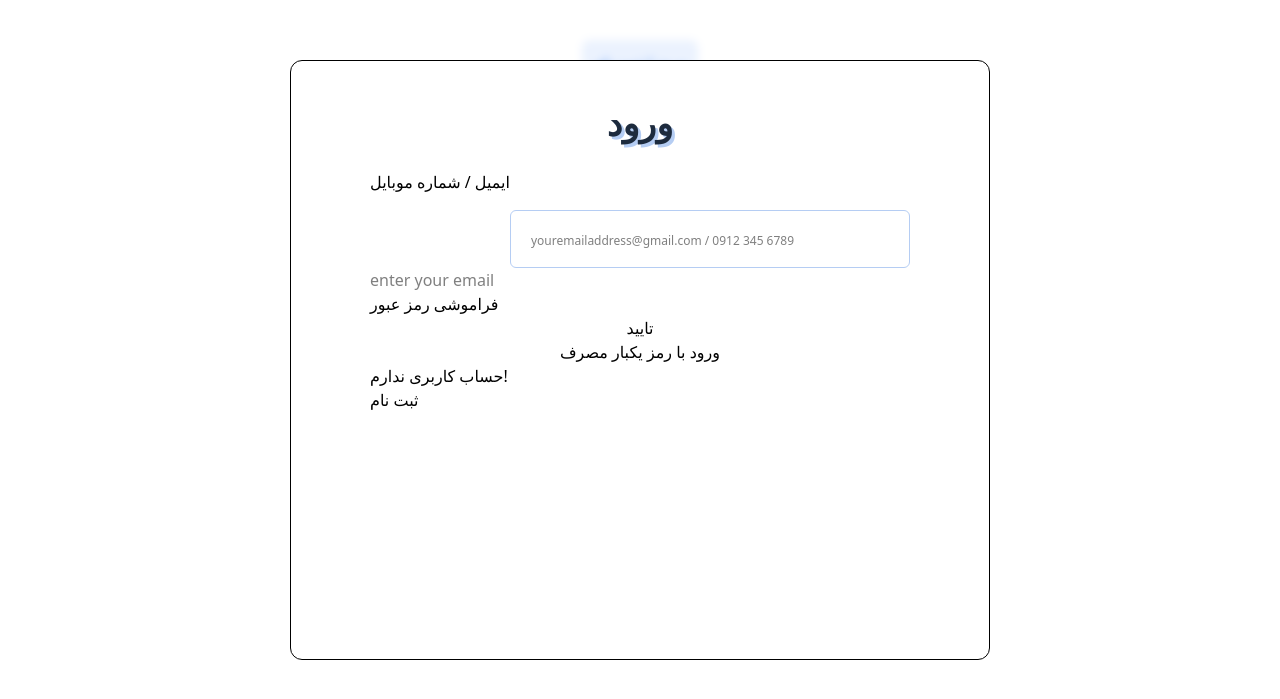
Repository: mohsenSarvariHero/AngularBase
Page: / (app in popup/), after clicking the first element matching `button.rounded-\[8px\]`
These files come from the project's save history. The page is drawn as it stood at one moment and after the next save; the edit follows.
The browser window is 1280 px wide. The pictures show the whole page.
The project was rebuilt for these pictures with package versions that can differ from the ones it lists, and the page was loaded fresh each time.

Above is the page before, as saved 2025-03-23 13:14:19.

After the next save:
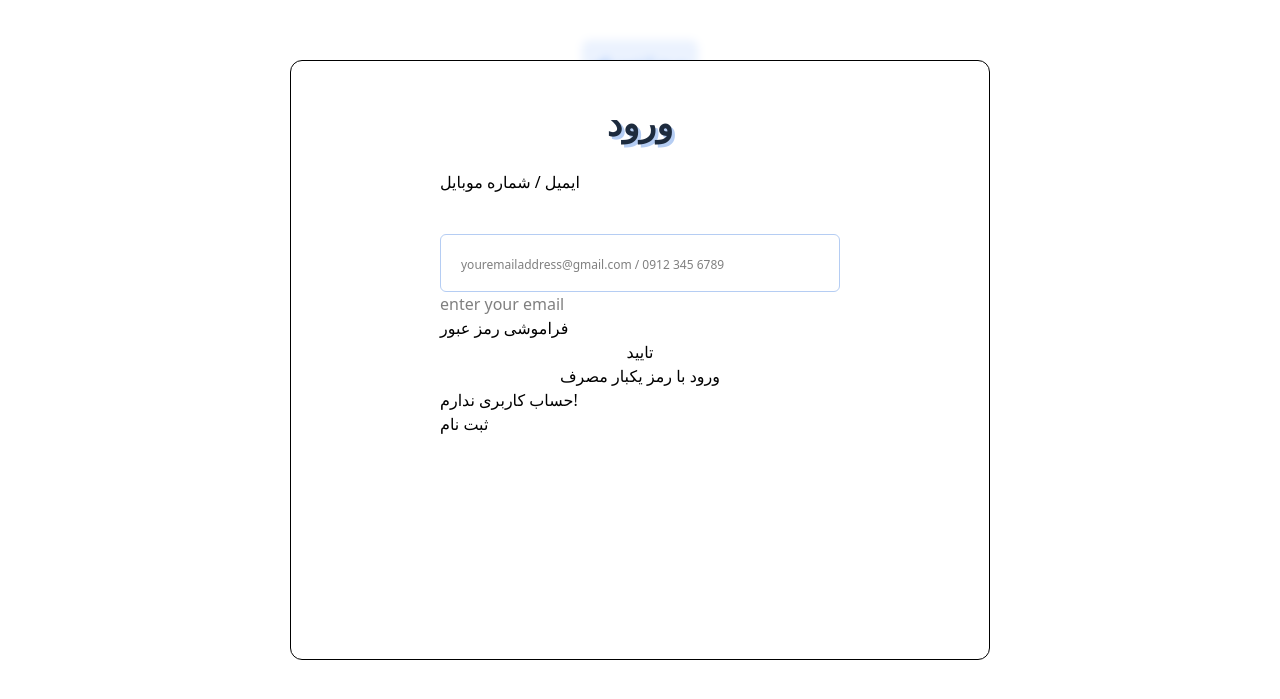
Saved 4 s later.
--- a/popup/src/popUp/PopUp.jsx
+++ b/popup/src/popUp/PopUp.jsx
@@ -58,7 +58,7 @@ function PopUp({onclose }) {
         <div className="rounded-xl bg-white flex flex-col gap-5 items-center mx-4 border-1 border-black w-[700px] h-[600px] mb-5">
           <h1 className='text-[#1d2b3e] text-[35px] font-bold mt-9 ' style={{ textShadow: '3px 3px 0px #B5CDF3' }}>ورود</h1>
           <form className='flex flex-col'>
-            <div className='flex '>
+            <div className='flex flex-col'>
             <label>ایمیل / شماره موبایل</label>
               <input type="email" placeholder="youremailaddress@gmail.com / 0912 345 6789" className='border-1 border-[#B5CDF3] rounded-md px-5 py-4 w-[400px]  mt-10 placeholder:text-[12px]'    required />
             </div>
